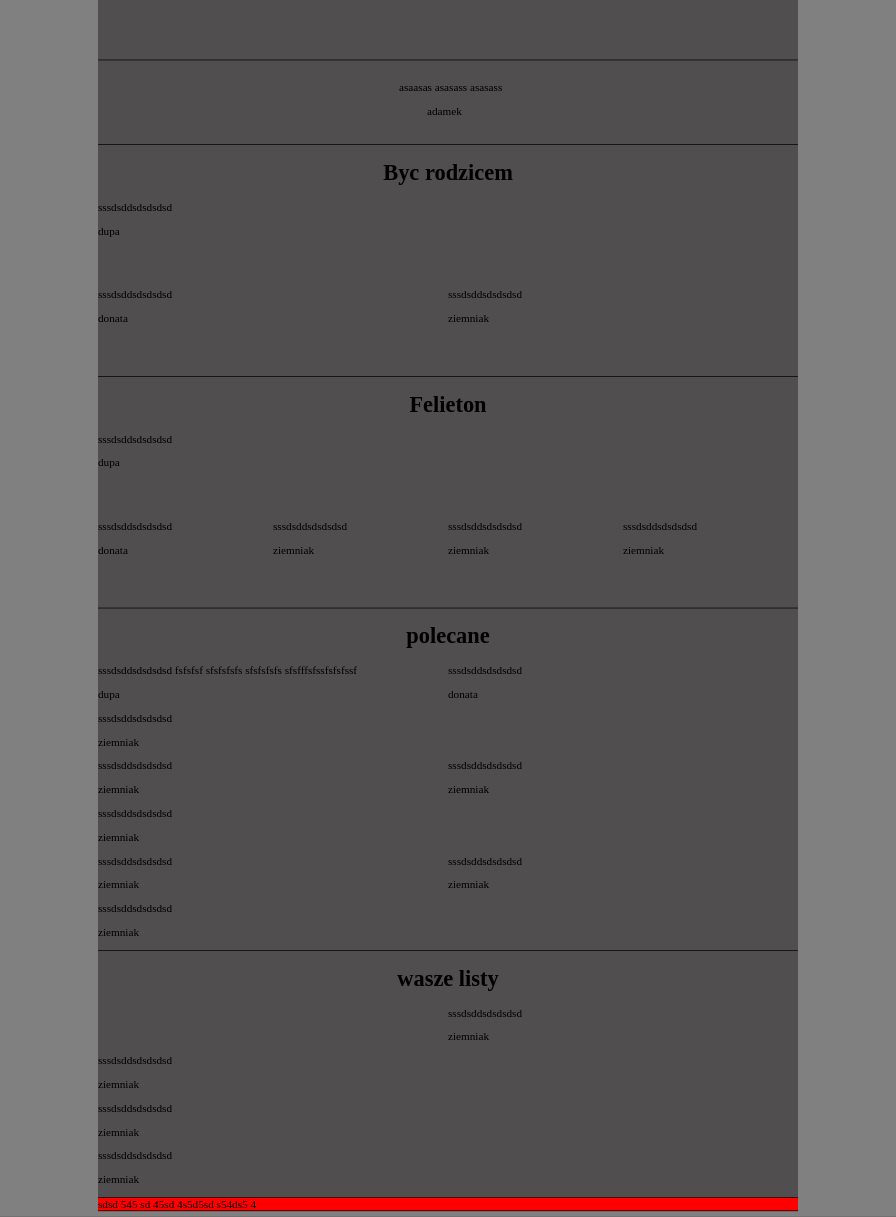
Repository: kq333/pitupitu.pl
Page: index.html
The author's editor kept a copy of each file at every save. The page is drawn from the files as they stood at one save, then again after the next save.
The browser window is 1280 px wide. The pictures show the part of the page from y = 933 to 2853 px (the page is 2671 px tall before and 2853 px after), at 70% of full size.
The style sheet was rebuilt from its Sass, Less or Tailwind sources for each picture, by a compiler version that may differ from the author's.

Above is the page before, as saved 2020-11-04 13:15:29.

### index.html
<!DOCTYPE html>
<html lang="en">
<head>
    <meta charset="UTF-8">
    <meta name="viewport" content="width=device-width, initial-scale=1.0">
    <title>Document</title>
    <link rel="stylesheet" href="style/style.css">
</head>
<body>


<div id="container">
  <div id="content">
    <div id=bar>
        <ul class="ul_bar">Wyborcza
            <li>sdsd</li>
            <li>sdsd</li>
            <li>sdsd</li>
            <li>sdsd</li>
            <li>sdsd</li>
            <li>sdsd</li>
            <li>sdsd</li>
        </ul>
        <div class="loging">
            Logowanie
        </div>
    </div>
            <div id="logo"><p>Wysokie Obcasy</p>
                <ul class="ul_bar2">
                    <li>fdf</li>
                    <li>gccvcv</li>
                    <li>hghhgh</li>
                    <li>asaseerr</li>
                    <li>jljkj</li>
                    <li>wewewe</li>
                    <li>hghghh</li>
                </ul>


            </div>


           <div>

                <div class="block_1">
                    <div class="art1">
                        <article>
                        <h1>sdsdsddsdsd fdfdfdfdfdf gdgdgddg dgdgdgdgdgd</h1>


                            <p class="autor_name">adamek</p>
                        </article>
                    </div>

                    <div class="art2">
                            <article>
                                <h1>sdsdsddsdsd fdfdfdfdfdf gdgdgddg dgdgdgdgdgd</h1>


                                <p class="autor_name">adamek</p>
                            </article>
                     </div>
                     <div class="art3">
                            <article>
                                <h1>sdsdsddsdsd fdfdfdfdfdf gdgdgddg dgdgdgdgdgd</h1>


                                <p class="autor_name">adamek</p>
                            </article>
                      </div>
                      <div class="art4">
                            <article>
                                <h1>sdsdsddsdsd fdfdfdfdfdf gdgdgddg dgdgdgdgdgd</h1>


                                <p class="autor_name">adamek</p>
                            </article>
                       </div>
                            <div class="art5">
                                <article>
                                    <h1>sdsdsddsdsd fdfdfdfdfdf gdgdgddg dgdgdgdgdgd</h1>


                                    <p class="autor_name">adamek</p>
                                </article>
                            </div>
                                 <div class="art6">
                                    <article>
                                        <h1>sdsdsddsdsd fdfdfdfdfdf gdgdgddg dgdgdgdgdgd</h1>


                                        <p class="autor_name">adamek</p>
                                    </article>
                                 </div>
                                    <div class="art7">

                                        <article>
                                            <h1>sdsdsddsdsd fdfdfdfdfdf gdgdgddg dgdgdgdgdgd</h1>


                                            <p class="autor_name">adamek</p>
                                        </article>
                                    </div>

                                    <div class="art8">
                                            <article>
                                                <h1>sdsdsddsdsd fdfdfdfdfdf gdgdgddg dgdgdgdgdgd</h1>


                                                <p class="autor_name">adamek</p>
                                            </article>
                                    </div>
                                        <div class="art9">
                                                <article>

                                                    <h1>sdsdsddsdsd fdfdfdfdfdf gdgdgddg dgdgdgdgdgd</h1>


                                                    <p class="autor_name">adamek</p>
                                                </article>
                                        </div>
                </div>


                     <div class="quotes">
                         <p1>asaasas asasass asasass</p1>

                        <p class="autor_name">adamek</p>

                    </div>





                  <div class="section">
                    <header>
                        <h1>Byc rodzicem</h1>

                    </header>
                    </div>


                        <section class="family">


                                <div class="art10">
                                    <article> sssdsddsdsdsdsd
                                        <p class="autor_name">dupa</p>

                                    </article>

                                </div>
                                <div class="art11">
                                        <article> sssdsddsdsdsdsd
                                            <p class="autor_name">donata</p>

                                        </article>
                                </div>
                                    <div class="art12">
                                            <article> sssdsddsdsdsdsd
                                                <p class="autor_name">ziemniak</p>

                                            </article>
                                    </div>

                        </section>

                        <div class="section">
                        <header>
                            <h1>Felieton</h1>
                        </header>
                    </div>

                        <section class="column">

                            <div class="art13">
                                    <article> sssdsddsdsdsdsd
                                        <p class="autor_name">dupa</p>

                                    </article>

                            </div>
                                <div class="art14">
                                    <article> sssdsddsdsdsdsd
                                        <p class="autor_name">donata</p>

                                    </article>
                                </div>
                                     <div class="art15">
                                        <article> sssdsddsdsdsdsd
                                            <p class="autor_name">ziemniak</p>

                                        </article>
                                    </div>

                                        <div class="art16">
                                            <article> sssdsddsdsdsdsd
                                                <p class="autor_name">ziemniak</p>

                                            </article>
                                        </div>

                                        <div class="art17">
                                            <article> sssdsddsdsdsdsd
                                                <p class="autor_name">ziemniak</p>

                                            </article>
                                        </div>

                        </section>
                        <div class="section">
                        <header>
                            <h1>polecane</h1>

                        </header>
                    </div>

                            <section class="recommended">


                                    <div class="art18">
                                        <article> sssdsddsdsdsdsd
                                            fsfsfsf sfsfsfsfs sfsfsfsfs
                                            sfsfffsfssfsfsfssf
                                            <p class="autor_name">dupa</p>

                                        </article>
                                    </div>
                                        <div class="art19">
                                            <article> sssdsddsdsdsdsd
                                                <p class="autor_name">donata</p>

                                            </article>
                                        </div>
                                            <div class="art20">

                                                <article> sssdsddsdsdsdsd
                                                    <p class="autor_name">ziemniak</p>
                                                </article>
                                            </div>
                                                <div class="art21">
                                                    <article> sssdsddsdsdsdsd
                                                        <p class="autor_name">ziemniak</p>
                                                    </article>
                                                </div>
                                                    <div class="art22">
                                                        <article> sssdsddsdsdsdsd
                                                            <p class="autor_name">ziemniak</p>


                                                        </article>
                                                    </div>
                                                        <div class="art23">
                                                            <article> sssdsddsdsdsdsd
                                                                <p class="autor_name">ziemniak</p>


                                                            </article>
                                                        </div>

                                                            <div class="art24">
                                                                <article> sssdsddsdsdsdsd
                                                                    <p class="autor_name">ziemniak</p>


                                                                </article>
                                                            </div>
                                                                <div class="art25">
                                                                    <article> sssdsddsdsdsdsd
                                                                        <p class="autor_name">ziemniak</p>


                                                                    </article>
                                                                </div>
                                                                <div class="art26">
                                                            <article> sssdsddsdsdsdsd
                                                                <p class="autor_name">ziemniak</p>


                                                            </article>
                                                            </div>



                            </section>

                            <div class="section">
                            <header>
                                <h1>wasze listy</h1>

                            </header>
                            </div>

                            <section class="letters">

                                <div class="art27"></div>
                                    <article> sssdsddsdsdsdsd
                                        <p class="autor_name">ziemniak</p>


                                    </article>
                                </div>
                                    <div class="art28">
                                        <article> sssdsddsdsdsdsd
                                            <p class="autor_name">ziemniak</p>


                                        </article>
                                    </div>
                                        <div class="art29">

                                            <article> sssdsddsdsdsdsd
                                                <p class="autor_name">ziemniak</p>


                                            </article>
                                        </div>

                                            <div class="art30">
                                                <article> sssdsddsdsdsdsd
                                                    <p class="autor_name">ziemniak</p>


                                                </article>
                                            </div>

                            </section>

                            <footer>
                                <div class="footer">sdsd 545 sd 45sd 4s5d5sd s54ds5 4</div>

                            </footer>



















































           </main>



  </div>




















</div>
</body>
</html>

### style/style.scss
body{
    background-color: grey;


}
#constainer{
    height: auto;
}

#content{
    margin:auto;
    background-color: rgb(80, 78, 78);
    width:1000px;

}


#bar{
    display:grid;
    grid-template-columns: auto auto;
    width:1000px;



}

.ul_bar{
    width:960px;
    height: 40px;
    border-bottom: 1px solid black;


    li{
        list-style-type: none;
    }

}


#logo{
    border-bottom: 1px solid black;
    width:1000px;
    height: 120px;
    p{
        margin-left:480px;
    }

    .ul_bar2{
        list-style-type: none;
        display:inline-flex;
        gap:55px;
        margin-left:170px;
    }
}

.block_1{
    width:1000px;
    height: auto;
    display:grid;
    grid-template-columns: 500px auto auto;
    .art1{
    grid-row-start: 1;
    grid-row-end: 9;
    height: 800px;;
    }
    gap: 20px;
}

.quotes{
    width: 940px;
    height: 60px;
    border-bottom: 1px solid black;
    border-top: 1px solid black;
    padding:30px;

    p1{
        margin-left: 400px;
        margin-top:130px;
    }
    p{
        margin-left: 440px;
    }

}

.section{
    text-align: center;
}
.family{
    width:1000px;
    height: 250px;
    border-bottom: 1px solid black;
    display:grid;
    grid-template-columns: auto auto;
    grid-template-areas: "art10 art10"
                          "art11 art12"  ;

.art10{
grid-area: art10;


}
.art11{
grid-area: art11;
}

.art12{
grid-area: art12;
}


}

.column{
    width:1000px;
    height: 250px;
    border-bottom: 1px solid black;
    display:grid;
    grid-template-columns: auto auto auto;
    grid-template-areas: "art13 art13 art13 art13"
                         " art14 art15 art16 art17"   ;

    .art13{

        grid-area: art13;


            }
    .art14{
        grid-area: art14;

     }

    .art15{
        grid-area: art15;
     }

     .art16{
        grid-area: art16;
     }

     .art17{
        grid-area: art17;
     }

    h1{
        margin-left:500px;

        }

}


.recommended{
    width:1000px;
    height: auto;
    border-bottom: 1px solid black;
    display:grid;
    grid-template-columns: repeat(2, 1fr);
    grid-template-areas: " art18   art19"
                         " art20   art19"
                         " art21  art22"
                         " art23  art22"
                         " art24  art25"
                         " art26  art25"
                         ;




.art18{
grid-area:art18;


}

.art19{
grid-area: art19;

 }

.art20{
grid-area: art20;


 }

.art21{
grid-area: art21;
 }

.art22{
grid-area: art22;
 }

.art23{
grid-area: art23;
 }

.art24{
grid-area: art24;

 }

.art25{
grid-area: art25;
 }

.art26{
grid-area: art26;
 }
};

.letters{
    width:1000px;


    display:grid;
    grid-template-columns: repeat(4, 1fr);
    grid-template-areas: "art27 art27 art29 art30";


.art27{
    grid-area: art27;
}

.art28{
    grid-area: art28;
}


.art29{
    grid-area: art29;
}

.art30{
    grid-area: art30;
}

}

.footer{
    border-bottom: 1px solid black;
    border-top: 1px solid black;
    background-color: red;
 }

After the next save:
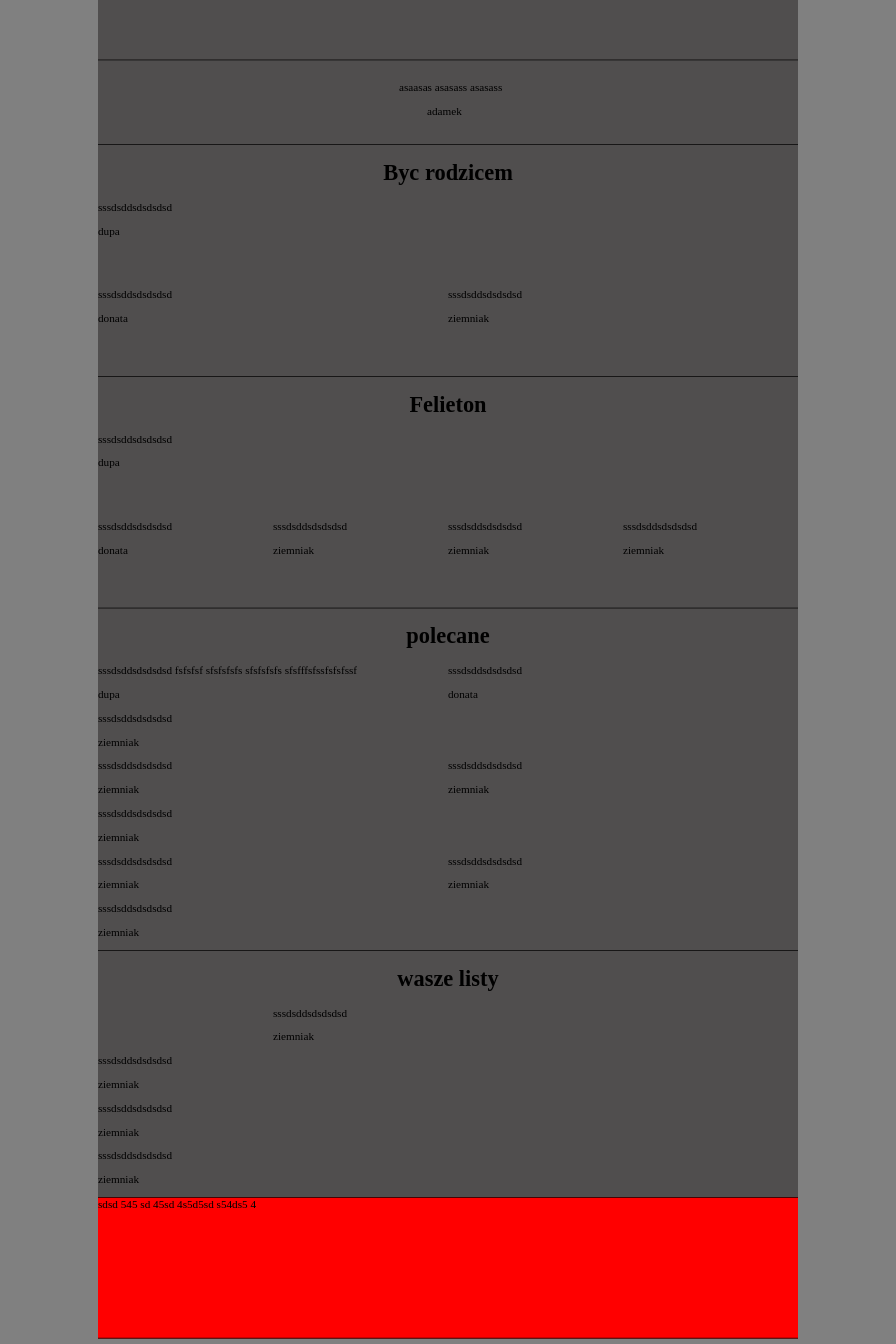
Saved 53 s later.
--- a/style/style.scss
+++ b/style/style.scss
@@ -217,7 +217,7 @@ grid-area: art26;
 
     display:grid;
     grid-template-columns: repeat(4, 1fr);
-    grid-template-areas: "art27 art27 art29 art30";
+    grid-template-areas: "art27 art28 art29 art30";
 
 
 .art27{
@@ -243,4 +243,5 @@ grid-area: art26;
     border-bottom: 1px solid black;
     border-top: 1px solid black;
     background-color: red;
- }
+    height: 200px;
+ }
